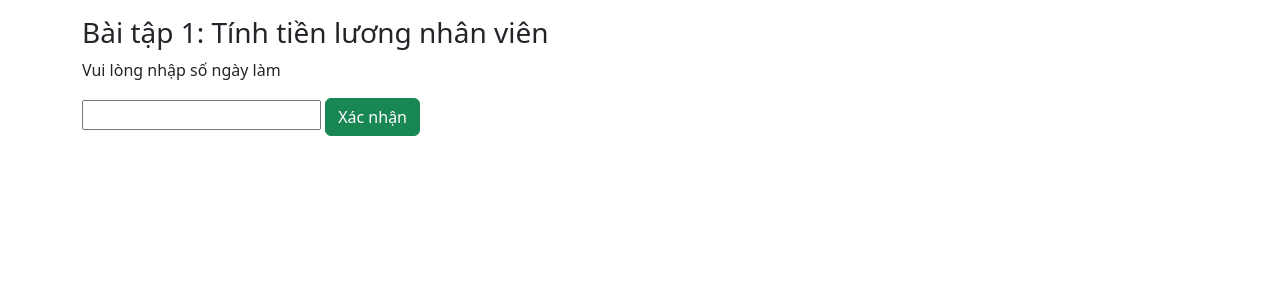
Repository: hcozyph/TranHuuPhuoc_BC43_BT_JS_Buoi2
Page: index.html
The author's editor kept a copy of each file at every save. The page is drawn from the files as they stood at one save, then again after the next save.
The browser window is 1280 px wide. The pictures show the whole page.

Above is the page before, as saved 2023-01-21 20:06:34.

### index.html
<!DOCTYPE html>
<html lang="en">
    <head>
        <title>BT JS - Buoi 1</title>
        <!-- Required meta tags -->
        <meta charset="utf-8" />
        <meta
            name="viewport"
            content="width=device-width, initial-scale=1, shrink-to-fit=no"
        />

        <!-- Bootstrap CSS v5.2.1 -->
        <link
            href="https://cdn.jsdelivr.net/npm/bootstrap@5.2.1/dist/css/bootstrap.min.css"
            rel="stylesheet"
            integrity="sha384-iYQeCzEYFbKjA/T2uDLTpkwGzCiq6soy8tYaI1GyVh/UjpbCx/TYkiZhlZB6+fzT"
            crossorigin="anonymous"
        />

        <!-- FontAwesome 6.2.0 CSS -->
        <link
            rel="stylesheet"
            href="https://cdnjs.cloudflare.com/ajax/libs/font-awesome/6.2.0/css/all.min.css"
            integrity="sha512-xh6O/CkQoPOWDdYTDqeRdPCVd1SpvCA9XXcUnZS2FmJNp1coAFzvtCN9BmamE+4aHK8yyUHUSCcJHgXloTyT2A=="
            crossorigin="anonymous"
            referrerpolicy="no-referrer"
        />

        <!-- index.css -->
        <link rel="stylesheet" href="./style/index.css" />
    </head>

    <body>
        <div class="container">
            <div>
                <h1 class="fs-3 mt-3">Bài tập 1: Tính tiền lương nhân viên</h1>
                <p>Vui lòng nhập số ngày làm</p>
                <input type="text" id="soNgayLam" />
                <button
                    class="btn btn-success"
                    id="btnXacNhan"
                    onclick="xacNhan()"
                >
                    Xác nhận
                </button>
            </div>
        </div>

        <!-- Bootstrap JavaScript Libraries -->
        <script
            src="https://cdn.jsdelivr.net/npm/@popperjs/core@2.11.6/dist/umd/popper.min.js"
            integrity="sha384-oBqDVmMz9ATKxIep9tiCxS/Z9fNfEXiDAYTujMAeBAsjFuCZSmKbSSUnQlmh/jp3"
            crossorigin="anonymous"
        ></script>

        <script
            src="https://cdn.jsdelivr.net/npm/bootstrap@5.2.1/dist/js/bootstrap.min.js"
            integrity="sha384-7VPbUDkoPSGFnVtYi0QogXtr74QeVeeIs99Qfg5YCF+TidwNdjvaKZX19NZ/e6oz"
            crossorigin="anonymous"
        ></script>

        <!-- index.js -->
        <script src="./index.js"></script>
    </body>
</html>

### index.js
function inputSoNgayLam () {
    var soNgayLam = document.getElementById('soNgayLam');
    console.log(soNgayLam)
}

Loaded but not shown: style/index.css (no stored copy; drawn as an empty file)

After the next save:
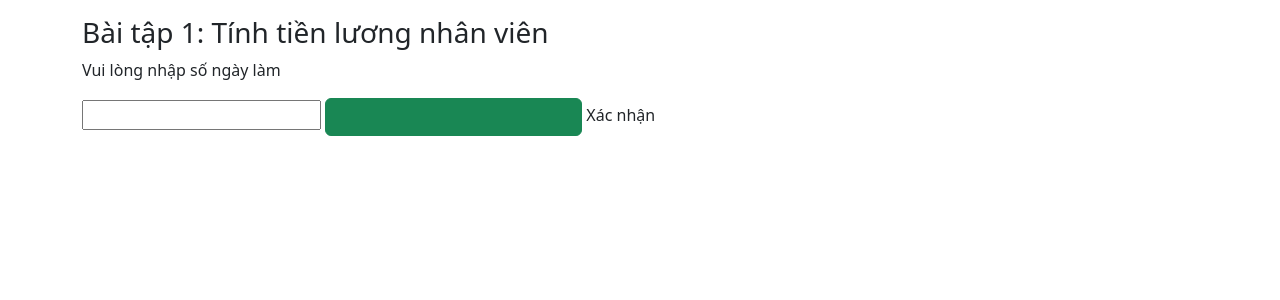
Saved 6 min 36 s later.
--- a/index.html
+++ b/index.html
@@ -36,13 +36,13 @@
                 <h1 class="fs-3 mt-3">Bài tập 1: Tính tiền lương nhân viên</h1>
                 <p>Vui lòng nhập số ngày làm</p>
                 <input type="text" id="soNgayLam" />
-                <button
+                <input
                     class="btn btn-success"
                     id="btnXacNhan"
-                    onclick="xacNhan()"
+                    onclick="inputSoNgayLam()"
                 >
                     Xác nhận
-                </button>
+                </input>
             </div>
         </div>
 
